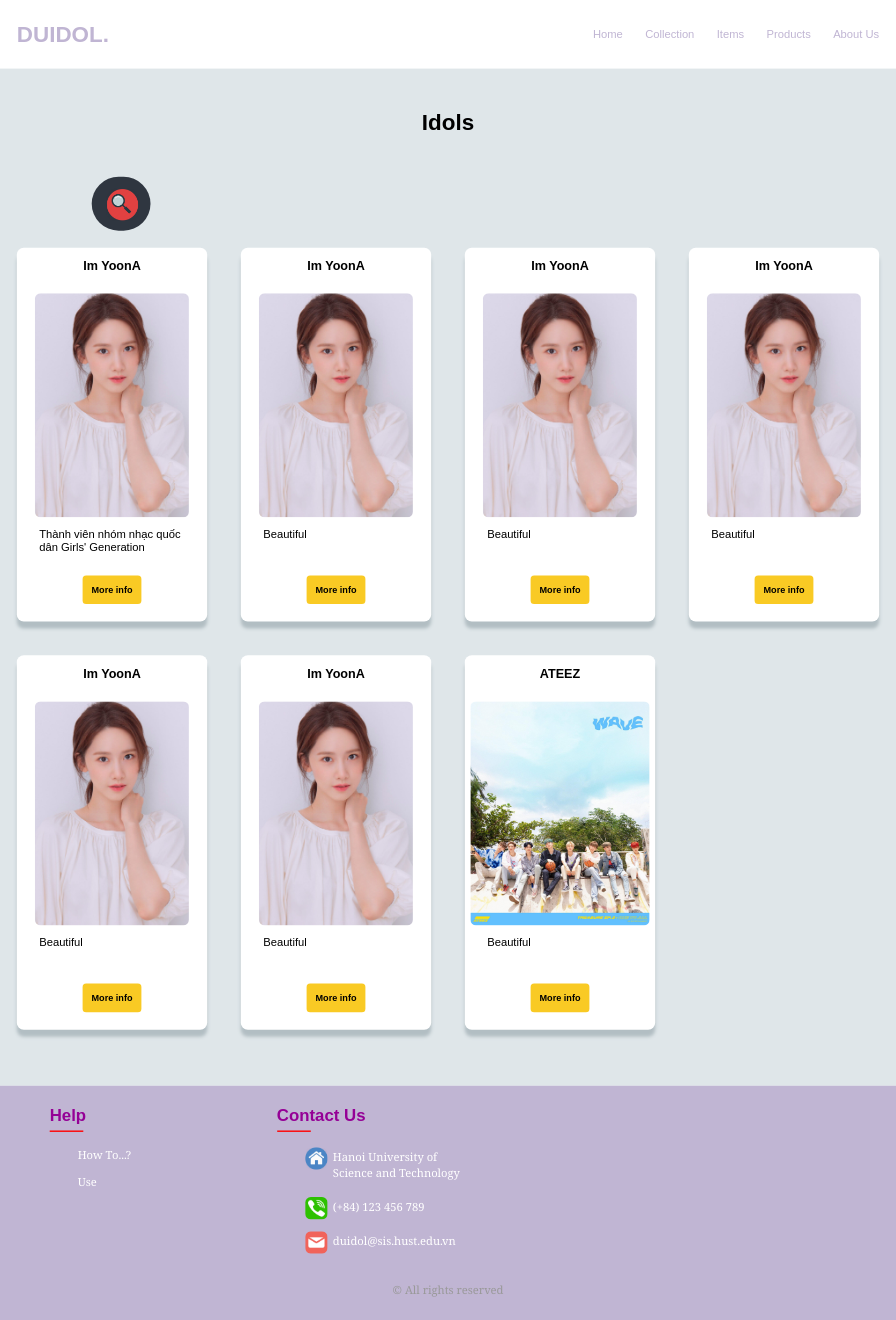
Repository: hangvtt183524/Cong_nghe_Web_va_dich_vu_truc_tuyen_20202
Page: ProjectWeb/src/View/html/idol_list.html
An editor plug-in stored every save of this project. The page is shown before and after the next save, followed by the edit.
The browser window is 1280 px wide. The pictures show the whole page, at 70% of full size.

Above is the page before, as saved 2021-05-06 17:42:17.

After the next save:
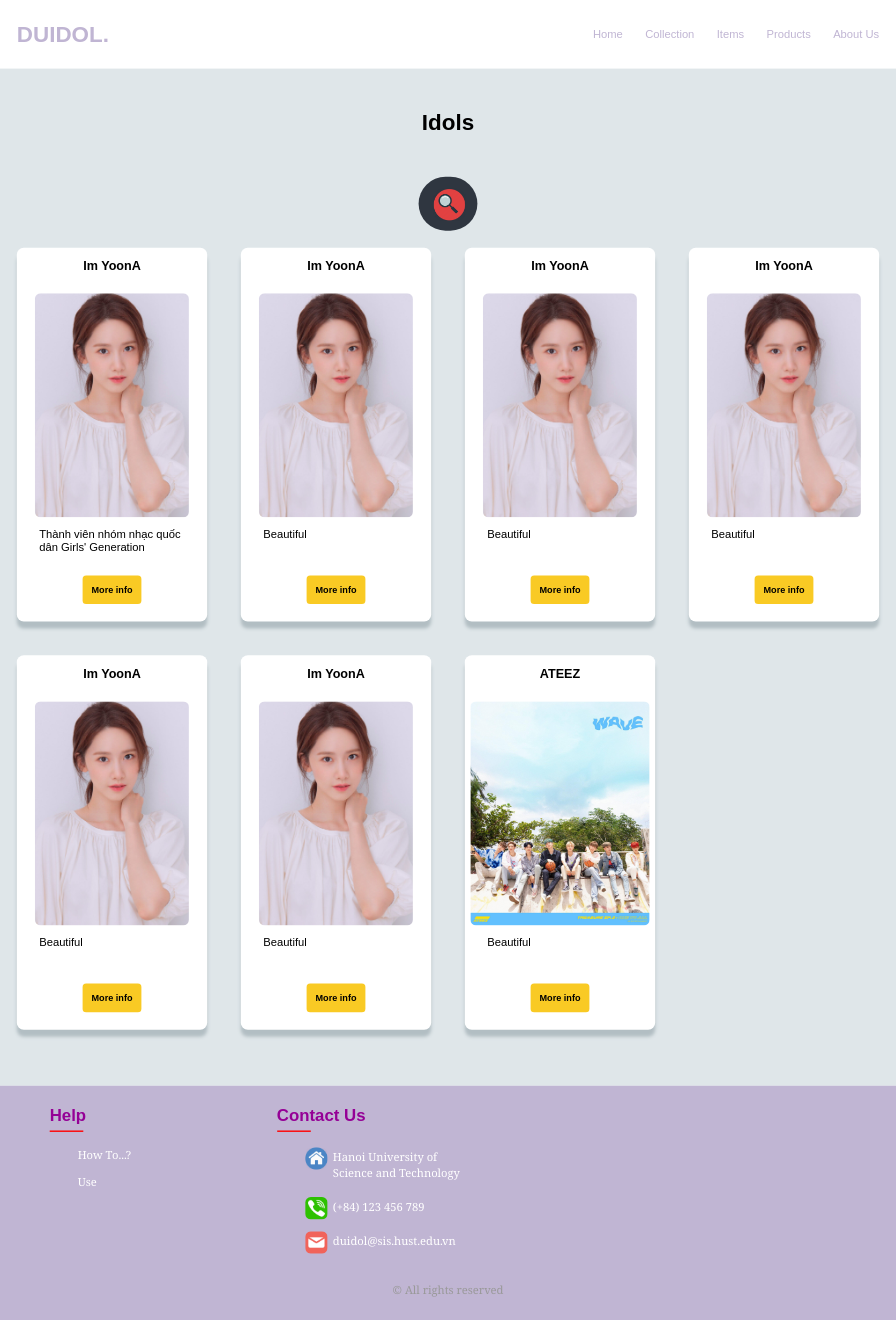
Saved 20 s later.
--- a/ProjectWeb/src/View/css/idol_list.css
+++ b/ProjectWeb/src/View/css/idol_list.css
@@ -20,8 +20,8 @@
 .container1 .search-box {
 	position: absolute;
 	top: 50%;
-	left: 25%;
-	transform: translate(-225%, -140%);
+	left: 50%;
+	transform: translate(-50%, -140%);
 	background: #2f3640;
 	height: 2.8em;
 	border-radius: 3em;
